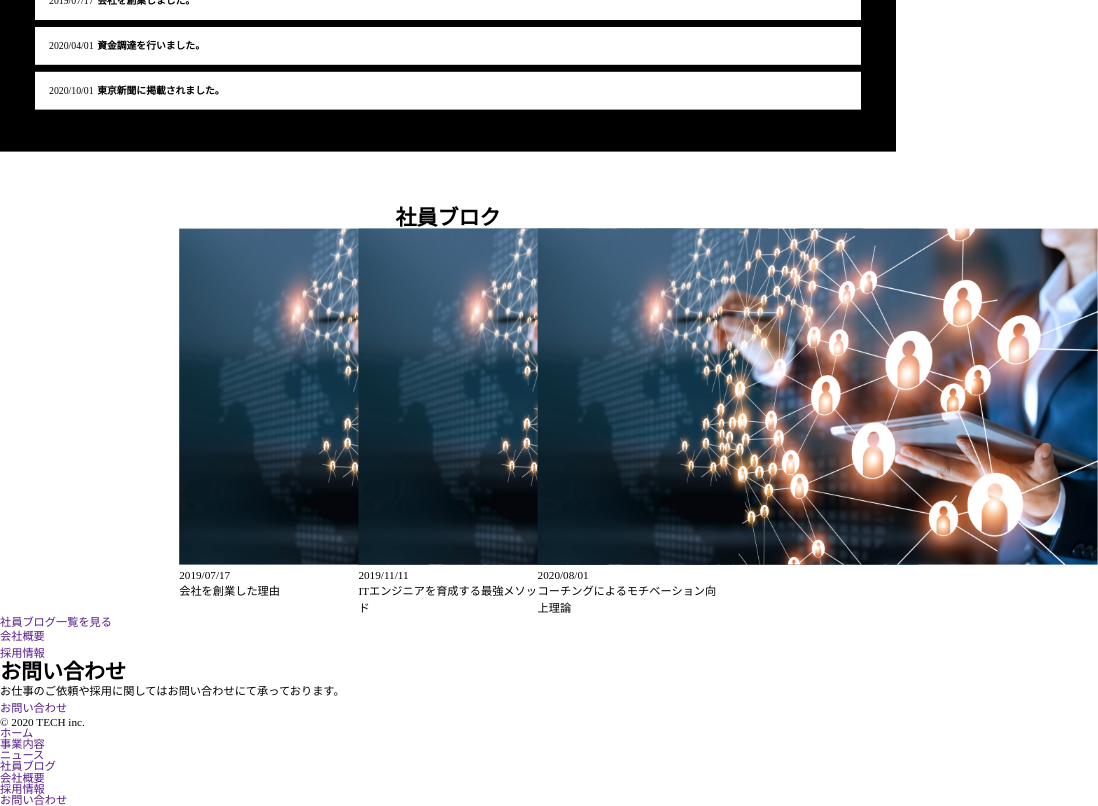
Repository: masanarimiura/20220516_miura
Page: index.html
These files come from the project's save history. The page is drawn as it stood at one moment and after the next save; the edit follows.
The browser window is 1280 px wide. The page is 1568 px wide, then 1453 px, so the pictures cover 1568 px, including what lies to the right of the window. The pictures show the part of the page from y = 2341 to 3901 px (the page is 3493 px tall before and 3901 px after), at 70% of full size.

Above is the page before, as saved 2022-05-13 20:35:36.

After the next save:
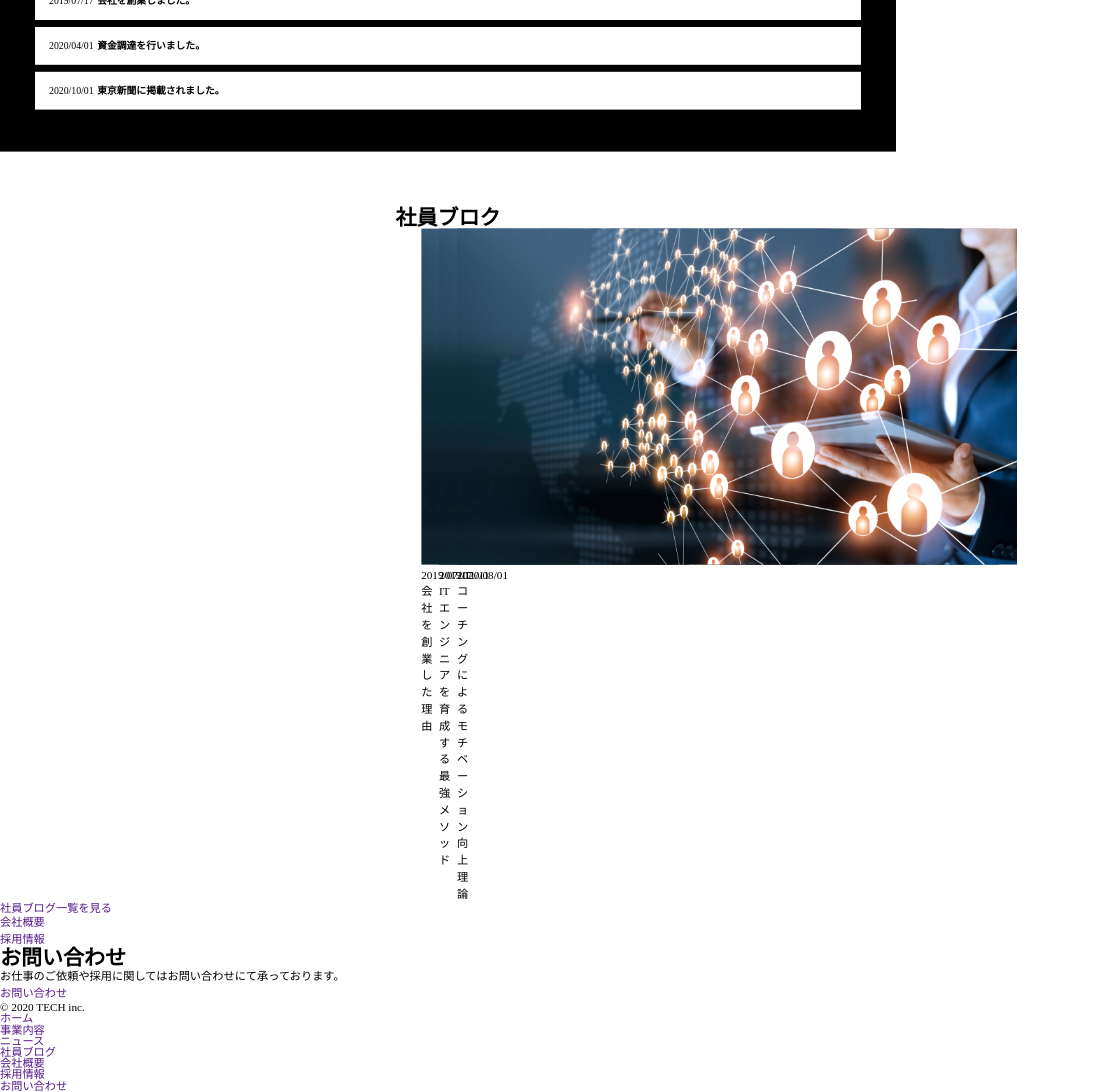
Saved 18 s later.
--- a/css/index.css
+++ b/css/index.css
@@ -157,7 +157,7 @@ p {
   justify-content: center;
 }
 .blog__box {
-  width: 20%;
+  width: 2%;
 }
 .blog__box img img {
   width: 100%;
